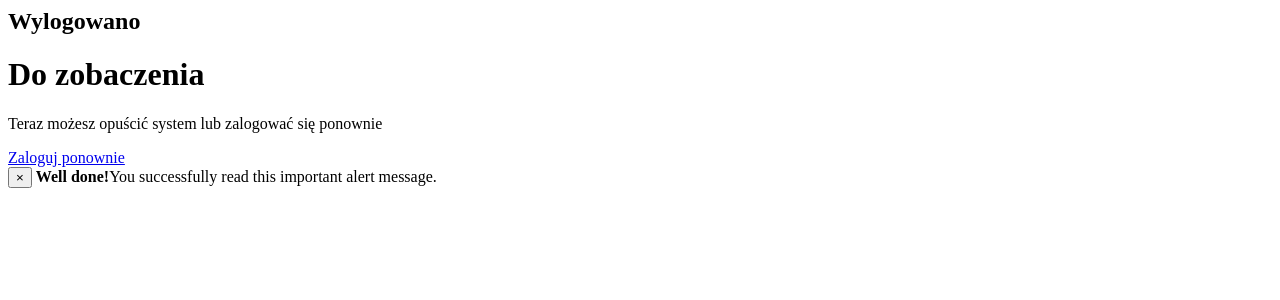
Repository: ydk2/ymvc
Page: http://localhost/system/views/login/bye.php
These files come from the project's save history. The page is drawn as it stood at one moment and after the next save; the edit follows.
The browser window is 1280 px wide. The pictures show the whole page.
The page is run by PHP 8.4 with error messages shown; the project is at /var/www/html/.

Above is the page before, as saved 2017-01-25 07:22:56.

### system/views/login/bye.php

        <div class="row vertical-center">
          <div class=" col-md-offset-4 col-md-6 col-md-offset-0">
            <div class="panel panel-default">
              <div class="panel-heading">
                <h2 class="panel-title">
                  <i class="fa fa-fw fa-sign-in"></i>Wylogowano</h2>
              </div>
              <div class="panel-body">
                <div class="row login-form well">
                  <div class="col-md-12">
                    <h1>Do zobaczenia</h1>
                    <p class="lead">Teraz możesz opuścić system lub zalogować się ponownie</p>
                  </div>
                  <div class="col-sm-12">
                    <a class="btn btn-block btn-info" href="?login-form">Zaloguj ponownie</a>
                  </div>
                </div>
                <div class="row login-bar">
                  <div class="col-md-12">
                    <div class="alert alert-dismissable alert-success">
                      <button contenteditable="false" type="button" class="close" data-dismiss="alert" aria-hidden="true">×</button>
                      <strong>Well done!</strong>You successfully read this important alert message.</div>
                  </div>
                </div>
              </div>
            </div>
          </div>
        </div>

After the next save:
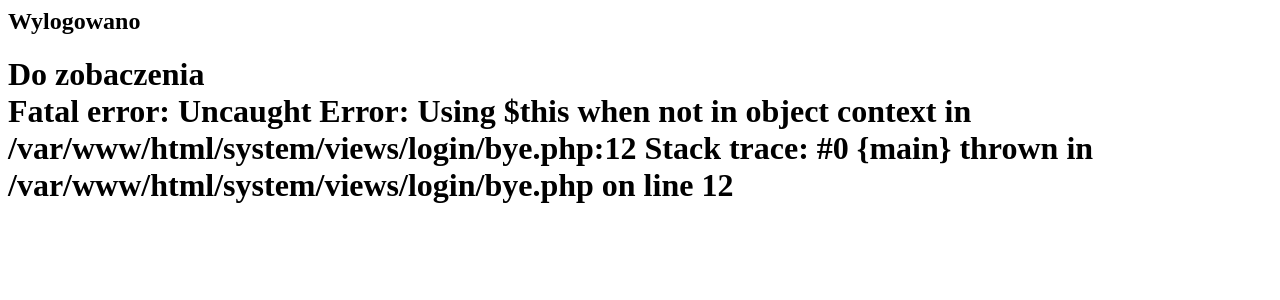
Saved 54 s later.
--- a/system/views/login/bye.php
+++ b/system/views/login/bye.php
@@ -9,7 +9,7 @@
               <div class="panel-body">
                 <div class="row login-form well">
                   <div class="col-md-12">
-                    <h1>Do zobaczenia</h1>
+                    <h1>Do zobaczenia <?=$this->ViewData('user_name');?></h1>
                     <p class="lead">Teraz możesz opuścić system lub zalogować się ponownie</p>
                   </div>
                   <div class="col-sm-12">
@@ -18,9 +18,9 @@
                 </div>
                 <div class="row login-bar">
                   <div class="col-md-12">
-                    <div class="alert alert-dismissable alert-success">
+                    <div class="alert alert-dismissable <?=$this->ViewData('classes');?>">
                       <button contenteditable="false" type="button" class="close" data-dismiss="alert" aria-hidden="true">×</button>
-                      <strong>Well done!</strong>You successfully read this important alert message.</div>
+                      <?=$this->ViewData('alert');?></div>
                   </div>
                 </div>
               </div>
